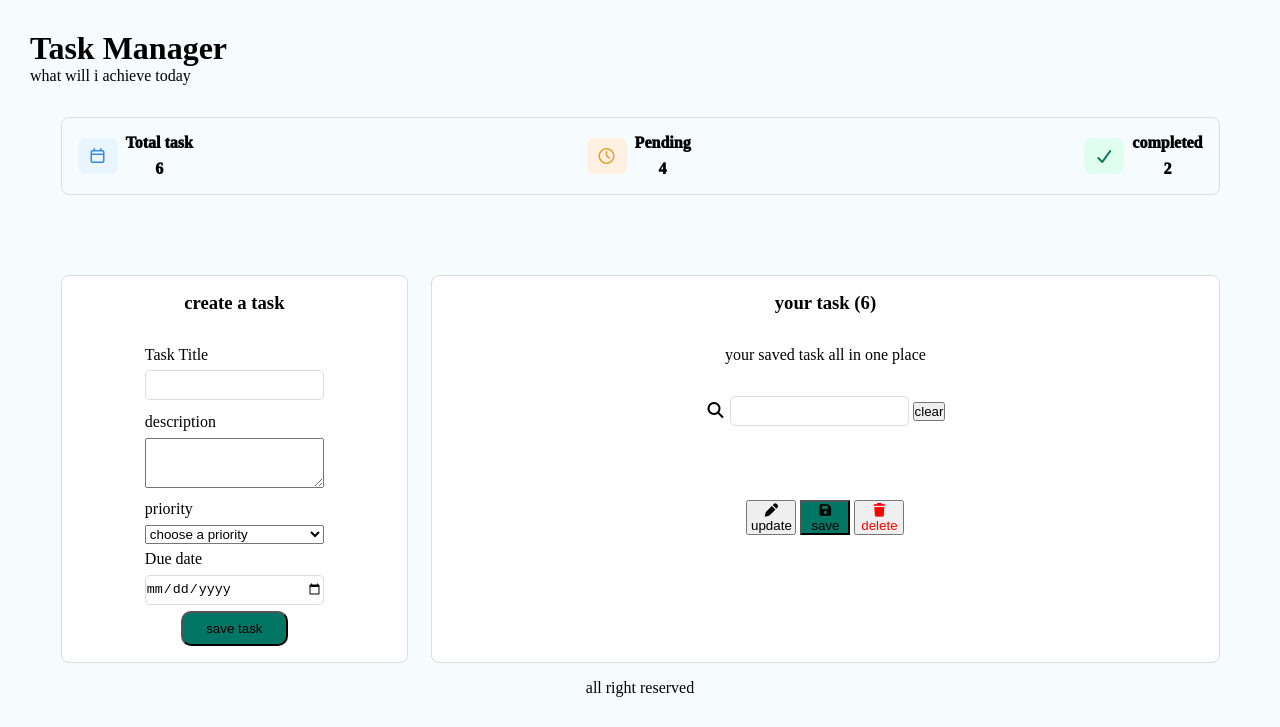
Repository: XDENTERTAINMENT/task-manager-groupwork
Page: index.html
These files come from the project's save history. The page is drawn as it stood at one moment and after the next save; the edit follows.
The browser window is 1280 px wide. The pictures show the whole page.

Above is the page before, as saved 2026-10-30 21:58:20.

After the next save:
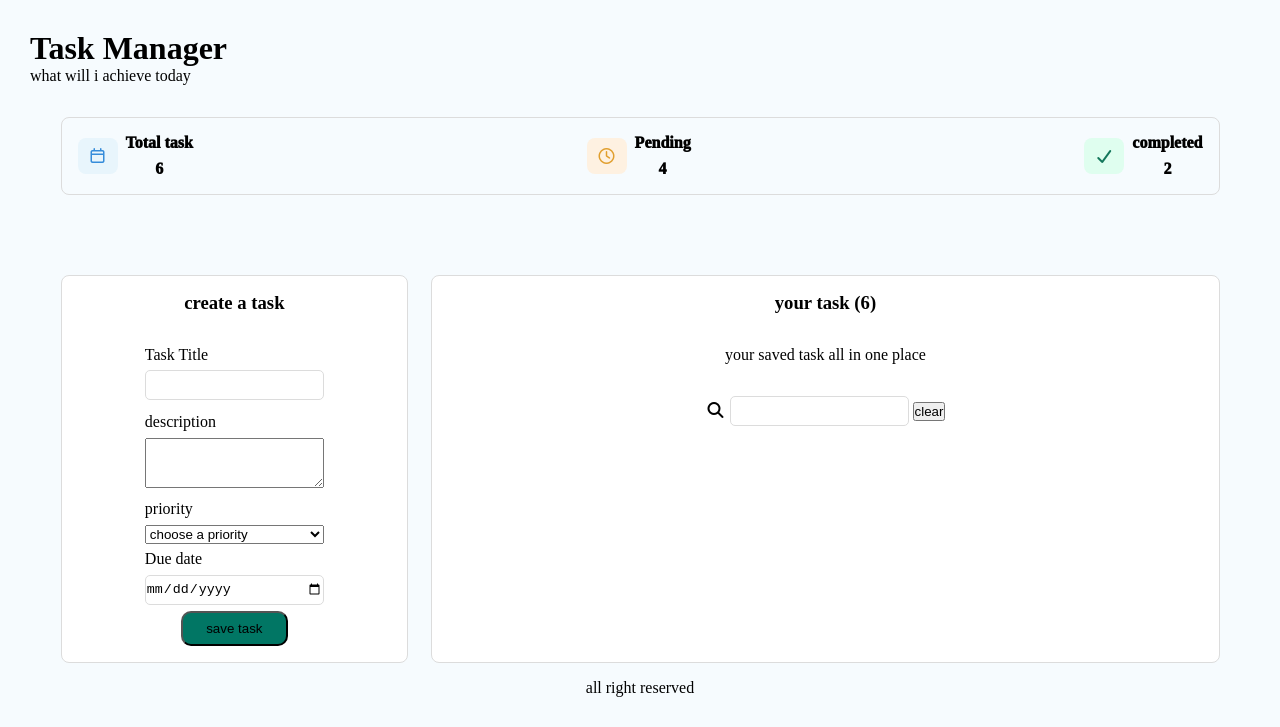
Saved 70 s later.
--- a/index.html
+++ b/index.html
@@ -102,22 +102,7 @@
             <div id="container"  class="containers"></div>
 
           </div>
-          <!-- the inline editing -->
-          <div class="inline-button">
-            <button>
-              <div><i class="fa-solid fa-pen"></i></div>
-              update
-            </button>
-            <button class="save">
-              <div><i class="fa-solid fa-floppy-disk"></i></div>
-              save
-            </button>
-            <button class="delete">
-              <div class="trash"><i class="fa-solid fa-trash"></i></div>
-              delete
-            </button>
-          </div>
-        </div>
+
       </section>
     </main>
 
